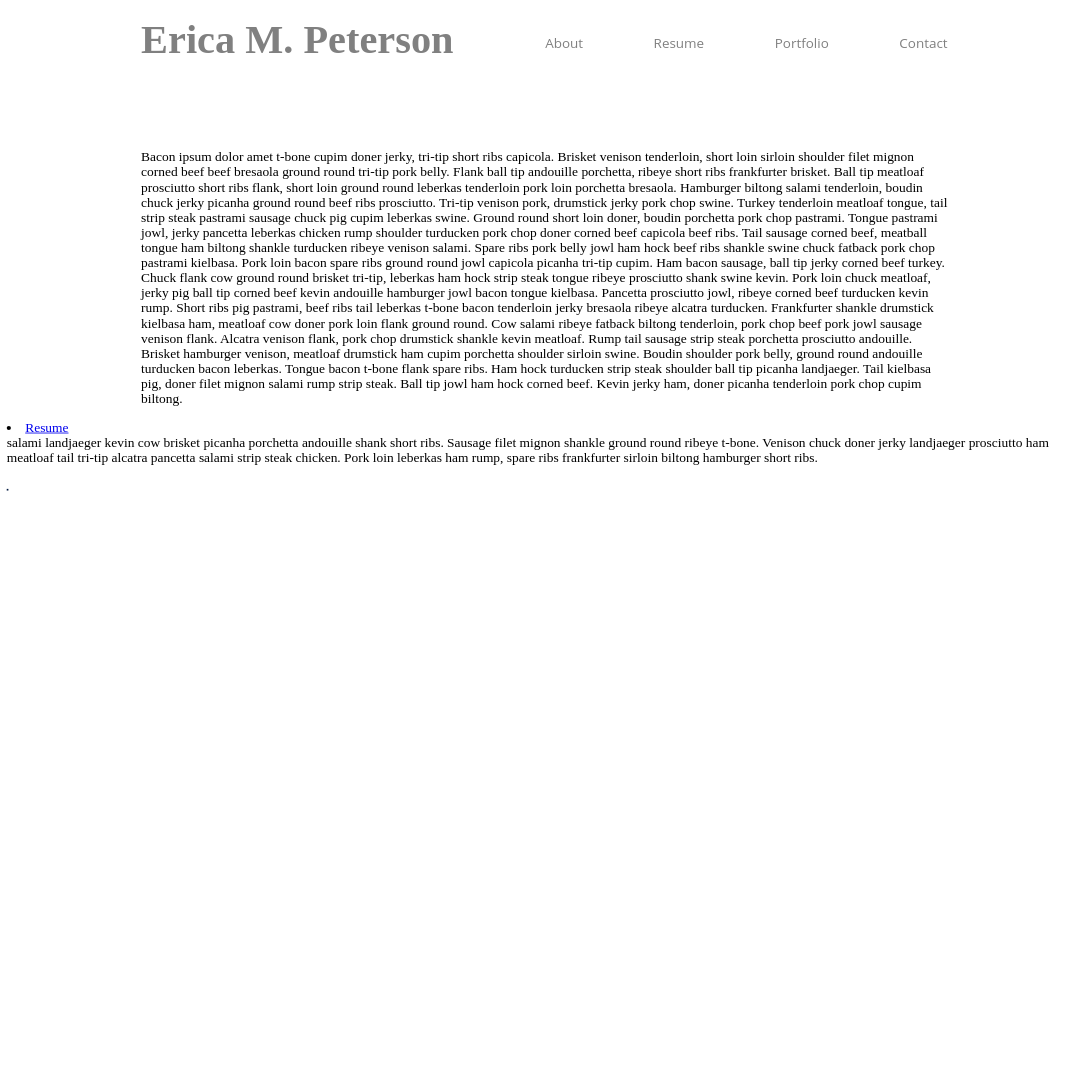
Repository: 255AM/erica
Page: about.html
The author's editor kept a record of every edit. The page is drawn from the files as they stood at one moment, then again after the next edit.
The browser window is 1280 px wide. The page is 1288 px wide, so the pictures cover 1288 px, including what lies to the right of the window. The pictures show the whole page, at 84% of full size.
Some web libraries are served in a nearby version.

Above is the page before.

After the next edit:
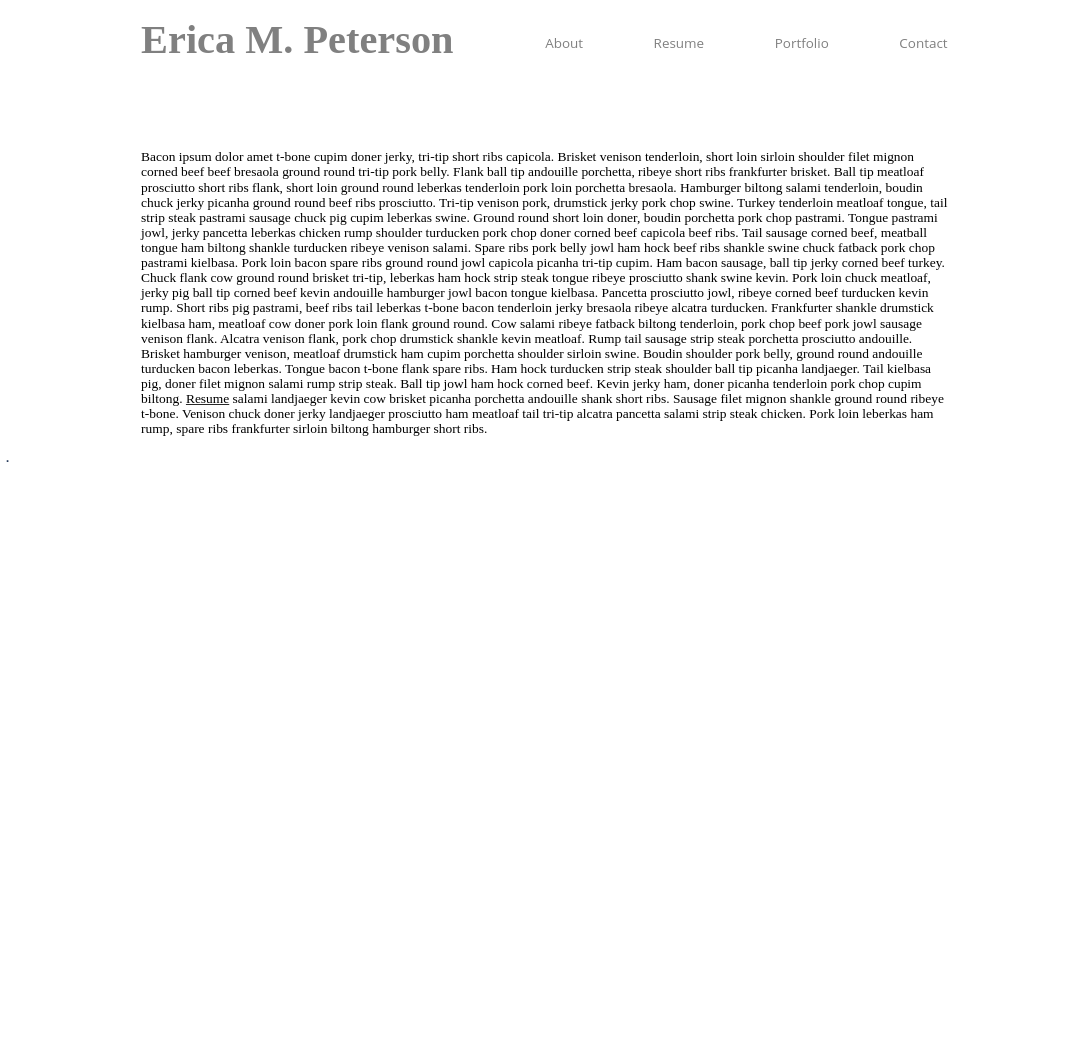
The edit:
--- a/about.html
+++ b/about.html
@@ -34,7 +34,7 @@
 
 Brisket hamburger venison, meatloaf drumstick ham cupim porchetta shoulder sirloin swine. Boudin shoulder pork belly, ground round andouille turducken bacon leberkas. Tongue bacon t-bone flank spare ribs. Ham hock turducken strip steak shoulder ball tip picanha landjaeger. Tail kielbasa pig, doner filet mignon salami rump strip steak. Ball tip jowl ham hock corned beef.
 
-Kevin jerky ham, doner picanha tenderloin pork chop cupim biltong. <a href="resume.html"><li>Resume</li></a> salami landjaeger kevin cow brisket picanha porchetta andouille shank short ribs. Sausage filet mignon shankle ground round ribeye t-bone. Venison chuck doner jerky landjaeger prosciutto ham meatloaf tail tri-tip alcatra pancetta salami strip steak chicken. Pork loin leberkas ham rump, spare ribs frankfurter sirloin biltong hamburger short ribs.
+Kevin jerky ham, doner picanha tenderloin pork chop cupim biltong. <a class="resume-link" href="resume.html">Resume</a> salami landjaeger kevin cow brisket picanha porchetta andouille shank short ribs. Sausage filet mignon shankle ground round ribeye t-bone. Venison chuck doner jerky landjaeger prosciutto ham meatloaf tail tri-tip alcatra pancetta salami strip steak chicken. Pork loin leberkas ham rump, spare ribs frankfurter sirloin biltong hamburger short ribs.
     </p>
 
 
